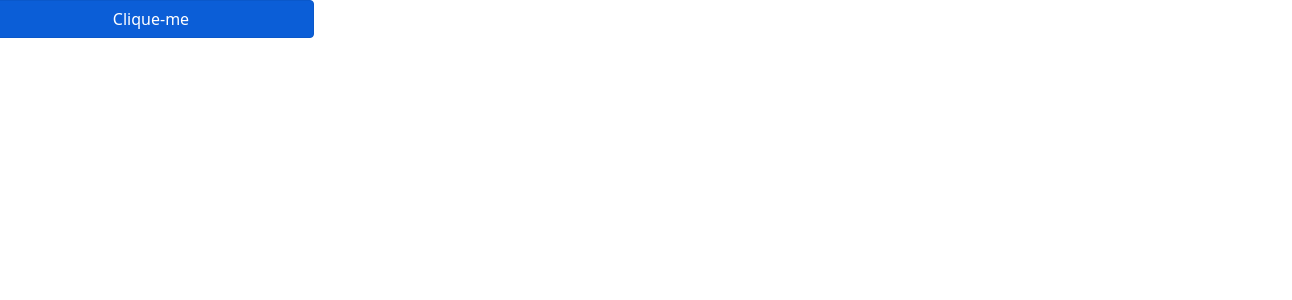
Repository: pedrosiqueira/daltonchrome
Page: popup.html
These files come from the project's save history. The page is drawn as it stood at one moment and after the next save; the edit follows.
The browser window is 1280 px wide. The page is 1292 px wide, so the pictures cover 1292 px, including what lies to the right of the window. The pictures show the whole page.

Above is the page before, as saved 2022-05-23 13:34:06.

After the next save:
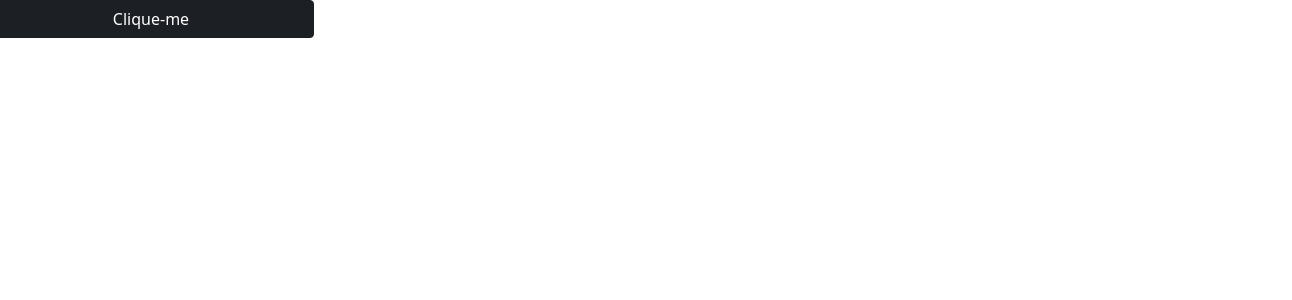
Saved 31 s later.
--- a/popup.html
+++ b/popup.html
@@ -8,7 +8,7 @@
 </head>
 
 <body class="row">
-    <button id="meubotao" type="button" class="btn btn-primary w-25 h-25">Clique-me</button>
+    <button id="meubotao" type="button" class="btn btn-primary w-25 h-25 btn-dark">Clique-me</button>
 
     <script src="js/vendor/jquery-3.6.0.min.js"></script>
     <script src="js/vendor/bootstrap.bundle.min.js"></script>
